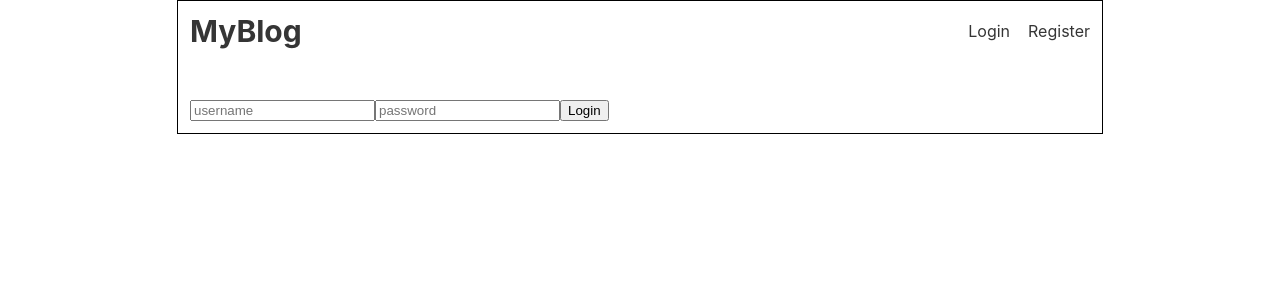
Repository: ateeque-219/BlogApp
Page: /login (app in blogapp/)
An editor plug-in stored every save of this project. The page is shown before and after the next save, followed by the edit.
The browser window is 1280 px wide. The pictures show the whole page.
The project was rebuilt for these pictures with package versions that can differ from the ones it lists, and the page was loaded fresh each time. Also part of the build but not shown: blogapp/src/Post.js, blogapp/src/pages/Indexpage.js, blogapp/src/pages/RegisterPage.js.

Above is the page before, as saved 2024-01-09 13:07:12.

After the next save:
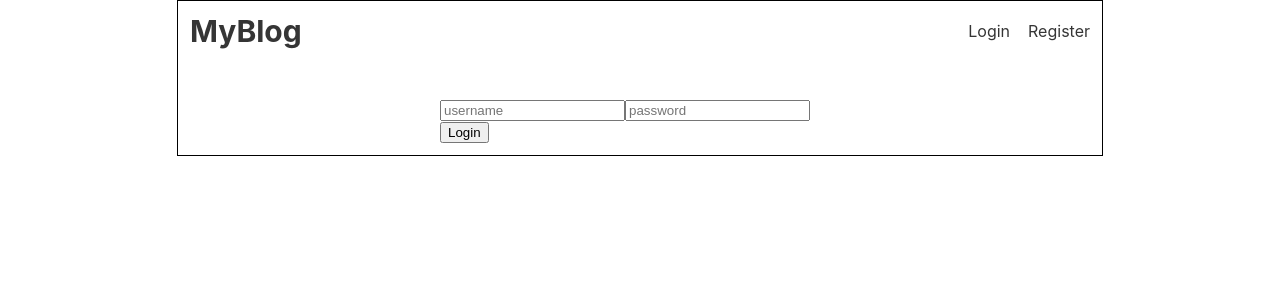
Saved 12 s later.
--- a/blogapp/src/App.css
+++ b/blogapp/src/App.css
@@ -63,5 +63,6 @@ div.post p.summary{
   line-height: 1.5rem;
 }
 form.login , form.register{
-
+  max-width: 400px;
+  margin: 0 auto;
 }
